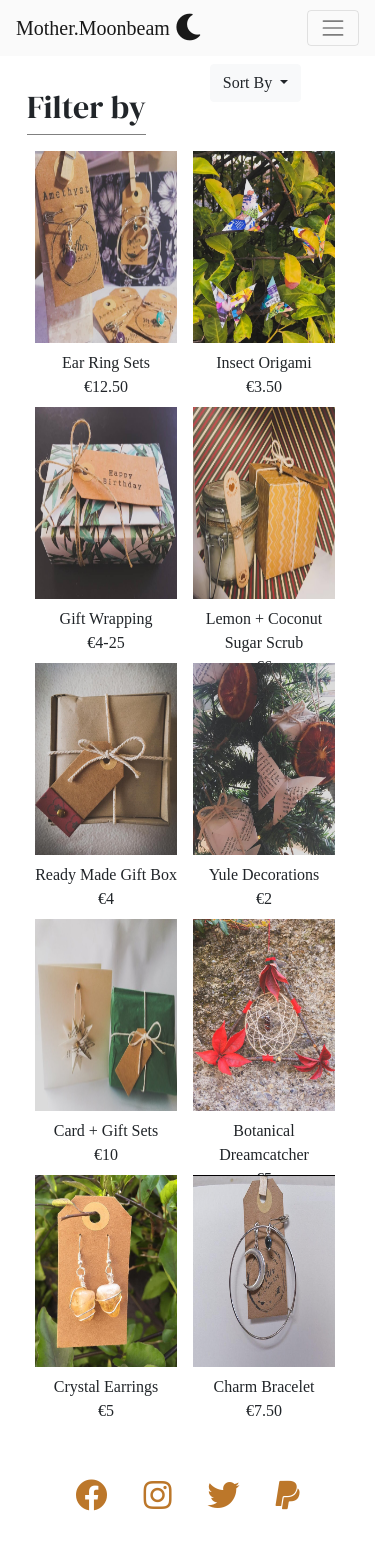
Repository: brianscan14/FE-1st-Milestone-Project
Page: Porfolio.html
The author's editor kept a record of every edit. The page is drawn from the files as they stood at one moment, then again after the next edit.
The browser window is 375 px wide. The pictures show the whole page.
Some web libraries are served in a nearby version.

Above is the page before.

### Porfolio.html
<!DOCTYPE html>
<html lang="en">
<head>
	<meta charset="UTF-8">
	<meta name="viewport" content="width=device-width, initial-scale=1.0">
	<meta http-equiv="X-UA-Compatible" content="ie=edge">
	<link rel="stylesheet" href="https://use.fontawesome.com/releases/v5.8.2/css/all.css" type="text/css" />
	<link rel="stylesheet" href="https://stackpath.bootstrapcdn.com/bootstrap/4.3.1/css/bootstrap.min.css" type="text/css" />
	<link rel="stylesheet" href="https://stackpath.bootstrapcdn.com/bootstrap/4.3.1/css/bootstrap.min.css" type="text/css" />
	<link rel="stylesheet" href="assets/css/style.css" type="text/css" />
	<link href="https://fonts.googleapis.com/css?family=DM+Serif+Display&display=swap" rel="stylesheet">

	<title>Mother.Moonbeam | Arts & Crafts</title>
</head>

<body>


<header>

<span class="moon-logo d-none d-sm-block">
<img src="./assets/images/moonbeamlogo.png" style="width: 10em;height:10em;">
</span>

<ul class="nav nav-pills nav-small-screen mb-3 justify-content-center" id="pills-tab" role="tablist">
  <li class="nav-item">
    <a class="nav-link" id="pills-home-tab" data-toggle="pill" href="#pills-home" role="tab" aria-controls="pills-home" aria-selected="true">Home</a>
  </li>
  <li class="nav-item">
    <a class="nav-link" id="pills-profile-tab" data-toggle="pill" href="#pills-about" role="tab" aria-controls="pills-about" aria-selected="false">About</a>
  </li>
  <li class="nav-item">
    <a class="nav-link" id="pills-contact-tab" data-toggle="pill" href="#pills-portfolio" role="tab" aria-controls="pills-portfolio" aria-selected="false">Portfolio</a>
  </li>
    <li class="nav-item">
    <a class="nav-link" id="pills-contact-tab" data-toggle="pill" href="#pills-contact" role="tab" aria-controls="pills-contact" aria-selected="false">Contact</a>
  </li>
</ul>

<nav class="navbar navbar-light navbar-expand-sm nav-md-screen d-md-none fixed-top">
        <span class="navbar-brand">
                    Mother.Moonbeam <i class="fas fa-moon fa-lg"></i>
        </span>

        <button class="navbar-toggler ml-auto" type="button" data-toggle="collapse" data-target="#navbarNavDropdown" aria-controls="navbarNavDropdown" aria-expanded="false" aria-label="Toggle navigation">
        <span class="navbar-toggler-icon fa-sm"></span></button>

        <div class="collapse navbar-collapse" id="navbarNavDropdown">
            <ul class="navbar-nav mr-auto">
                <li class="nav-item ml-auto mr-auto"><a class="nav-link" href="#">Home</a></li>
                <li class="nav-item ml-auto mr-auto"><a class="nav-link" href="#">About</a></li>
                <li class="nav-item ml-auto mr-auto"><a class="nav-link" href="">Portfolio</a></li>
                <li class="nav-item ml-auto mr-auto"><a class="nav-link" href="">Contact</a></li>
            </ul>
        </div>

</nav>

</header>


<aside>


<div class="aside-section"><h2 class="shopfilterheading">Filter by</h2></div>


<div class="aside-section">
<p>
  <a class="" data-toggle="collapse" href="#collapseExample" role="button" aria-expanded="false" aria-controls="collapseExample">
    Category
  </a>
</p>
<div class="collapse" id="collapseExample">
    <div><a href="#">Origami</a></div>
    <div><a href="#">Winter Collection</a></div>
    <div><a href="#">Summer Collection</a></div>
    <div><a href="#">Gift Wrapping</a></div>
</div>
</div>

<div class="aside-section">
<p>
  <a class="" data-toggle="collapse" href="#collapseExample2" role="button" aria-expanded="false" aria-controls="collapseExample2">
    Price
  </a>
</p>
<div class="collapse" id="collapseExample2">
    <div><a href="#">0-€5</a></div>
    <div><a href="#">5-10€</a></div>
    <div><a href="#">10-20€</a></div>
    <div><a href="#">20€+</a></div>

</div>

</div>

<div class="aside-section">
<p>
  <a class="" data-toggle="collapse" href="#collapseExample3" role="button" aria-expanded="false" aria-controls="collapseExample3">
    Occasion
  </a>
</p>
<div class="collapse" id="collapseExample3">
    <div><a href="#">Birthday</a></div>
    <div><a href="#">Anniversay</a></div>
    <div><a href="#">Xmas gift sets</a></div>
</div>

</div>


</aside>


<article>

<div class="filtertest">

<div class="filterbutton" data-toggle="collapse" href="#collapseExample6" role="button" aria-expanded="false" aria-controls="collapseExample6">
    <div class="aside-section"><h2 class="shopfilterheading">Filter by</h2></div>
</div>

<div class="collapse" id="collapseExample6">

<div class="aside-section">
<p>
  <a class="" data-toggle="collapse" href="#collapseExample" role="button" aria-expanded="false" aria-controls="collapseExample">
    Category
  </a>
</p>
<div class="collapse" id="collapseExample">
    <div><a href="#">Origami</a></div>
    <div><a href="#">Winter Collection</a></div>
    <div><a href="#">Summer Collection</a></div>
    <div><a href="#">Gift Wrapping</a></div>
</div>
</div>

<div class="aside-section">
<p>
  <a class="" data-toggle="collapse" href="#collapseExample2" role="button" aria-expanded="false" aria-controls="collapseExample2">
    Price
  </a>
</p>
<div class="collapse" id="collapseExample2">
    <div><a href="#">0-€5</a></div>
    <div><a href="#">5-10€</a></div>
    <div><a href="#">10-20€</a></div>
    <div><a href="#">20€+</a></div>

</div>

</div>

<div class="aside-section">
<p>
  <a class="" data-toggle="collapse" href="#collapseExample3" role="button" aria-expanded="false" aria-controls="collapseExample3">
    Occasion
  </a>
</p>
<div class="collapse" id="collapseExample3">
    <div><a href="#">Birthday</a></div>
    <div><a href="#">Anniversay</a></div>
    <div><a href="#">Xmas gift sets</a></div>
</div>

</div>

</div>
</div>

<div class="sortby mb-2">

<div class="btn-group">
  <button type="button" class="btn btn-light dropdown-toggle" data-toggle="dropdown" aria-haspopup="true" aria-expanded="false">
    Sort By
  </button>
  <div class="dropdown-menu">
    <button class="dropdown-item" type="button">Price (low to high)</button>
    <button class="dropdown-item" type="button">Price (high to low)</button>
    <button class="dropdown-item" type="button">Name (A-Z)</button>
    <button class="dropdown-item" type="button">Name (Z-A)</button>
  </div>
</div>
</div>

<div class="row shopfront">

    <div class="col-6 col-md-4 shop-item">
        <img class="shop-item1" src="./assets/images/shopitems/item1.jpg"></img>
            <div class="overlay">
            <div class="overlaytext"><a href="#">Quick View</a></div>
            </div>
        <div class="shop-photo-title">Ear Ring Sets
            <a href="#"><p>€12.50</p></a>
        </div>
    </div>
    <div class="col-6 col-md-4 shop-item">
            <img class="shop-item1" src="./assets/images/shopitems/item2.jpg"></img>
            <div class="overlay">
            <div class="overlaytext"><a href="#">Quick View</a></div>
            </div>
        <div class="shop-photo-title">Insect Origami
            <a href="#"><p>€3.50</p></a>
        </div>
    </div>
    <div class="col-6 col-md-4 shop-item">
            <img class="shop-item1" src="./assets/images/shopitems/item3.jpg"></img>
            <div class="overlay">
            <div class="overlaytext"><a href="#">Quick View</a></div>
            </div>
        <div class="shop-photo-title">Gift Wrapping
            <a href="#"><p>€4-25</p></a>
        </div>
    </div>
    <div class="col-6 col-md-4 shop-item">
            <img class="shop-item1" src="./assets/images/shopitems/item4.jpg"></img>
            <div class="overlay">
            <div class="overlaytext"><a href="#">Quick View</a></div>
            </div>
        <div class="shop-photo-title">Lemon + Coconut Sugar Scrub
            <a href="#"><p>€6</p></a>
        </div>
        </div>
    <div class="col-6 col-md-4 shop-item">
            <img class="shop-item1" src="./assets/images/shopitems/item5.jpg"></img>
            <div class="overlay">
            <div class="overlaytext"><a href="#">Quick View</a></div>
            </div>
        <div class="shop-photo-title">Ready Made Gift Box
            <a href="#"><p>€4</p></a>
        </div>
    </div>
    <div class="col-6 col-md-4 shop-item">
            <img class="shop-item1" src="./assets/images/shopitems/item6.jpg"></img>
            <div class="overlay">
            <div class="overlaytext"><a href="#">Quick View</a></div>
            </div>
        <div class="shop-photo-title">Yule Decorations
            <a href="#"><p>€2</p></a>
        </div>
    </div>
    <div class="col-6 col-md-4 shop-item">
            <img class="shop-item1" src="./assets/images/shopitems/item7.jpg"></img>
            <div class="overlay">
            <div class="overlaytext"><a href="#">Quick View</a></div>
            </div>
        <div class="shop-photo-title">Card + Gift Sets
            <a href="#"><p>€10</p></a>
        </div>
    </div>
    <div class="col-6 col-md-4 shop-item">
            <img class="shop-item1" src="./assets/images/shopitems/item8.jpg"></img>
            <div class="overlay">
            <div class="overlaytext"><a href="#">Quick View</a></div>
            </div>
        <div class="shop-photo-title">Botanical Dreamcatcher
            <a href="#"><p>€5</p></a>
        </div>
    </div>
    <div class="col-6 col-md-4 shop-item">
            <img class="shop-item1" src="./assets/images/shopitems/item9.jpg"></img>
            <div class="overlay">
            <div class="overlaytext"><a href="#">Quick View</a></div>
            </div>
        <div class="shop-photo-title">Crystal Earrings
            <a href="#"><p>€5</p></a>
        </div>
    </div>
    <div class="col-6 col-md-4 shop-item">
            <img class="shop-item1" src="./assets/images/shopitems/item10.jpg"></img>
            <div class="overlay">
            <div class="overlaytext"><a href="#">Quick View</a></div>
            </div>
        <div class="shop-photo-title">Charm Bracelet
            <a href="#"><p>€7.50</p></a>
        </div>
    </div>

</div>


</article>

<footer>

    <div class="footer-main-section no-gutters footer-icons">
    <a href="https://www.youtube.com/" title="facebook" target="_blank"><i class="fab fa-facebook fa-2x"></i></a>
    <a href="https://www.youtube.com/" title="instagram" target="_blank"><i class="fab fa-instagram fa-2x"></i></a>
    <a href="https://www.youtube.com/" title="twitter" target="_blank"><i class="fab fa-twitter fa-2x"></i></a>
    <a href="https://www.youtube.com/" title="paypal" target="_blank"><i class="fab fa-paypal fa-2x"></i></a>
    </div>

</footer>

<script src="https://code.jquery.com/jquery-3.3.1.slim.min.js" integrity="sha384-q8i/X+965DzO0rT7abK41JStQIAqVgRVzpbzo5smXKp4YfRvH+8abtTE1Pi6jizo" crossorigin="anonymous"></script>
<script src="https://cdnjs.cloudflare.com/ajax/libs/popper.js/1.14.7/umd/popper.min.js" integrity="sha384-UO2eT0CpHqdSJQ6hJty5KVphtPhzWj9WO1clHTMGa3JDZwrnQq4sF86dIHNDz0W1" crossorigin="anonymous"></script>
<script src="https://stackpath.bootstrapcdn.com/bootstrap/4.3.1/js/bootstrap.min.js" integrity="sha384-JjSmVgyd0p3pXB1rRibZUAYoIIy6OrQ6VrjIEaFf/nJGzIxFDsf4x0xIM+B07jRM" crossorigin="anonymous"></script>


</body>



</html>

### assets/css/style.css
body {
        font-family: 'PT Serif', serif;
}

/*------------------------------------------------------------------------------------------article/home page*/


.homepic {
    width: 100%;
    height: 20em;
    right: 0;
}

@media only screen and (max-width: 576px) {
  .homepic {
    margin-left: auto;
    margin-right: auto;
  }
}

.brownmoonbeampic {
    width: 20em;
    height: 15em;
}

@media only screen and (max-width: 767px) {
  .brownmoonbeampic {
    display: none;
  }
}

.brownpicshopnow {
    width: 10em;
    background-color: #fafafa;
    margin-left: 3em;
    margin-top: 1.5em;
    color: #bc772a;
    border-color: #bc772a;

}

.nojobbackground2 {
    background-color: #ff9344;
    background-image: url("https://i.ytimg.com/vi/XyB8GuwWMIs/maxresdefault.jpg");
    background-repeat: no-repeat;
    background-size: cover;
    height: 15em;
    margin-left: 2.5em;
    margin-right: auto;
}

@media only screen and (max-width: 767px) {
  .nojobbackground2 {
    margin-left: auto;
    margin-right: auto;
    margin-top: 2em;
  }
}

.middlebit {
    background-color: #fff;
    height: 7.5em;
    width: 7.5em;
    margin-top: 3.75em;
    margin-bottom: 3.75em;
}

.ordernowbackground1 {
    background-color: #adf1f0;
    background-image: url("https://encrypted-tbn0.gstatic.com/images?q=tbn:ANd9GcSF4tOdD5G7xMao6fnyYk41UEF843OMnBIeMGyF0L1Ur5OcUEVh");
    background-repeat: no-repeat;
    background-size: cover;
    height: 15em;
    margin-right: 2.5em;
    margin-left: auto;
}

@media only screen and (max-width: 767px) {
  .ordernowbackground1 {
    margin-left: auto;
    margin-right: auto;
  }
}

.custombit {
    text-align: center;
    padding-top: 1em;
    border: double;
    font-family: 'Courgette', cursive;

}

.shopnowbit {
    text-align: center;
    padding-top: 1em;
    border: double;
}

.shopcollectionhome {
    font-family: 'Sacramento', cursive;

    height: 10em;
    margin-right: 2.5em;
    margin-left: auto;
    margin-top: 0.5em;
}

.summerblog {
    background-color: #adf1f0;
    height: 15em;
    margin-left: 2.5em;
    margin-right: auto;
    z-index: 1;
}

.summerblogpic {
    height: 100%;
    width: 100%;
}

.summerblogborder1 {
    height: 15em;
    margin-left: -1.5em;
    margin-right: 1.5em;
    margin-top: -16.5em;
    border-style: solid;
    border-width: medium;
    z-index: 2;
}

.bealtaine {
    padding-left: 5px;
    letter-spacing: 6px;
}

.bealtainebloglink {
    text-decoration: none;
    color: inherit;
}

.bealtainebloglink a:hover {
    text-decoration: none;
    color: red;
}

.summerblogpic {
    height: 100%;
    width: 100%;
}

.springblog {
    background-color: #fafafa;
    height: 25em;
    margin-right: 2.5em;
    margin-left: auto;
    margin-top: -5em;
    border-style: solid;
    border-width: medium;
}
.winterorigamipic {
    height: 100%;
    width: 100%;
}

.origami-title {
    padding-top: 5px;
}

.autumnblog {
    background-color: #fafafa;
    height: 25em;
    margin-left: 2.5em;
    margin-right: auto;
    z-index: 1;
    border-style: solid;
    border-width: medium;
}

.autumnblogborder1 {
    height: 25em;
    margin-left: -1.5em;
    margin-right: 1.5em;
    margin-top: -4.5em;
    z-index: 2;
}

.yulebloglink {
    margin-right: 0.5em;
    margin-left: auto;
    text-align: right;

}

@media only screen and (max-width: 767px) {
.smallhomescreen {
    margin-left: auto;
    margin-right: 2.5em;
    margin-bottom: 3em;
}
}
@media only screen and (max-width: 767px) {
.shopcollectionhome {
    margin-left: auto;
    margin-right: auto;
    margin-top: -1em;
    margin-bottom: 4em;
    text-align: center;
}
}

@media only screen and (max-width: 767px) {
.springblog {
    margin-left: auto;
    margin-right: auto;

}
}

/*---------------------------------------------------------------------------------------------bottom insta photos*/

#instapiccontainer {
	width: 100%;
	overflow: hidden;
	background: #fff;
}

.photobanner {
	height: 15em;
	width: 2100px;
	margin-top: 4em;
}


.instapic {
    width: 350px;
    height: 20em;
}

.instapicsheading {
    padding-left: 10px;
    font-family: 'Barriecito', cursive;

}

.firstbannerpic {
 -webkit-animation: bannermove 30s linear infinite;
    -moz-animation: bannermove 30s linear infinite;
     -ms-animation: bannermove 30s linear infinite;
      -o-animation: bannermove 30s linear infinite;
         animation: bannermove 30s linear infinite;
}

@keyframes "bannermove" {
 0% {
    margin-left: 0px;
 }
 100% {
    margin-left: -2125px;
 }

}

@-moz-keyframes bannermove {
 0% {
   margin-left: 0px;
 }
 100% {
   margin-left: -2125px;
 }

}

@-webkit-keyframes "bannermove" {
 0% {
   margin-left: 0px;
 }
 100% {
   margin-left: -2125px;
 }

}


@-o-keyframes "bannermove" {
 0% {
   margin-left: 0px;
 }
 100% {
   margin-left: -2125px;
 }

}

@media only screen and (max-width: 767px) {
  .photobanner {
    display: none;
  }
}



/*-----------------------------------------------------------------------------------------------------Nav nar*/




.nav-pills .nav-link:hover {
    color: #fff;
    background-color: #bc772a;
    transition-timing-function: ease-in-out;
    transition-duration: 1s;
    opacity: 0.2;
}

.nav-pills .nav-link.active {
    color: #fafafa;
    background-color: #bc772a;
}

.nav-pills .nav-link:visited {
    color: #fff;
    background-color: #bc772a;
}

.nav-pills a {
    transition-timing-function: ease-in-out;
    transition-duration: 1s;
    color: #bc772a;
}

.navbar {
    background-color: #fafafa;
}

.moon-logo {
    text-align: center;
    padding-right: .5em;
}

@media only screen and (max-width: 576px) {
  .nav-small-screen {
    display: none;
  }
}

@media only screen and (min-width: 579px) {
  .nav-md-screen {
    display: none;
  }
}


/*------------------------------------------------------------------------------------------------------about page*/

.aboutpic {
    width: 100%;
    height: 28em;
}

@media only screen and (max-width: 576px) {
.about-writing {
    margin-top: 0.5em;
}
}

@media only screen and (min-width: 579px) {
.about-writing {
    margin-top: 2.5em;
}
}

.about-section {
    background-color: #d6efed;
}

.about-shop-link {
    color: #fd33ff;
    text-decoration: none;
}

.about-work-link {
    font-family: 'Aguafina Script', cursive;
    font-size: 25px;
    text-decoration: none;
    color: inherit;
}

.btn-sub {
    background-color: #fafafa;
    color: #fd33ff;
    border-color: #fd33ff;
}

@media only screen and (max-width: 576px) {
  .about-paragraph {
    width: 90%;
  }
}

@media only screen and (min-width: 579px) {
  .about-paragraph {
    width: 95%;
  }
}

/*---------------------------------------------------------------------------------------------------------contact page*/


.form-group {
    text-align: center;
    margin: auto;
    margin-top: 2em;
}

.contact-heading {
    text-align: center;
    margin-bottom: 1em;
    width: 30%;
    margin-left: auto;
    margin-right: auto;
    font-family: 'DM Serif Display', serif;
    color: pink;
}

.headingborder {
    border-bottom:  1px solid gray;
    width: 15%;
    margin-left: auto;
    margin-right: auto;
}

.form-submit-button {
    margin-top: 40px;
}

#inputtext {
    height: 10em;
    resize: none;
    padding-top: 0.5em;
}

.contactsendbutton {
    color: pink;
    border-color: pink;
}


/*-----------------------------------------------------------------------------------------shop*/


aside {
    width: 20%;
    background-color: #fff;
    display: inline-block;
    float: left;

}

@media only screen and (max-width: 576px) {
 aside {
    display: none;
  }
}

article {
    width: 80%;
    float: right;

        display: inline-block;
}

.aside-section {
    border-bottom: 1px solid gray;
    margin-top: 1.5em;
    margin-left: 2em;
    margin-right: 1em;
}

.shopfilterheading {
    font-family: 'DM Serif Display', serif;

}

@media only screen and (max-width: 576px) {
  .shopfront {
margin-left: -4em;
  }
}

.shopfront {
    padding: 1em;
    margin-right: 1em;
}

.shop-item {
    width: 10em;
    height: 15em;
    margin-bottom: 1em;
    padding-right: 2em;
    padding-left: 2em;
}

@media only screen and (max-width: 576px) {
  .shop-item {
    padding-right: 0.5em;
    padding-left: 0.5em;
  }
}

.shop-item1 {
    width: 100%;
    height: 80%
}

.shop-photo-title {
    text-align: center;
    width: 100%;
    padding-top: 0.5em;

}

.sortby {
    margin-right: 6em;
    text-align: right;
    margin-left: auto;
    margin-bottom: 2em;
}

@media only screen and (max-width: 576px) {
  .sortby {
    margin-top: 4em;
    margin-bottom: 1em;
        margin-right: 0em;
        display: inline-block;
        margin-left: -4em;
        position: absolute;
  }
}

/*------------------------------------------------------------------------------smale screen hoverstuff*/



.filtertest {
    margin-left: -5em;
    margin-top: 4em;
    margin-right: 7em;
    display: inline-block;

}
@media only screen and (min-width: 576px) {
  .filtertest {
        display:none;
              }
}

/*------------------------------------------------------------------------------hoverstuff*/


.overlay {
  position: absolute;
  bottom: 100%;
  left: 0;
  right: 0;
  background-color: #fafafa;
  overflow: hidden;
  width: 60%;
  height:0;
  transition: .5s ease;
  margin-left: auto;
  margin-right: auto;
}

.shop-item:hover .overlay {
  bottom: 3em;
  height: 20%;
  color: pink;
  text-decoration: none;
}

.overlaytext {
  color: pink;
  font-size: 20px;
  position: absolute;
  top: 50%;
  left: 50%;
  -webkit-transform: translate(-50%, -50%);
  -ms-transform: translate(-50%, -50%);
  transform: translate(-50%, -50%);
  text-align: center;
}

/*----links coloring------------------------------------------------------------------------*/

a {
     color: inherit;
     text-decoration: none;
}

a:hover {
     color: #bc772a;
     text-decoration: none;
}




/*----------------------------------------------------------------------------------footer*/


.footer-main-section {
    width: 100%;
    background-color: #fff;
    text-align: center;
    padding: 2em;
    vertical-align: middle;
    margin-top: 0.5em;
    margin-left: auto;
    margin-right: auto;
    display: block;
    bottom: 0;
      left: 0;
        clear: both;
}


.footer-icons a {
    padding-left: 1em;
    padding-right: 1em;
    color: #bc772a;
}

.footer-icons a:hover {
    color: #a0a6ad;
    transition-timing-function: ease-in-out;
    transition-duration: 0.5s;

}

After the next edit:
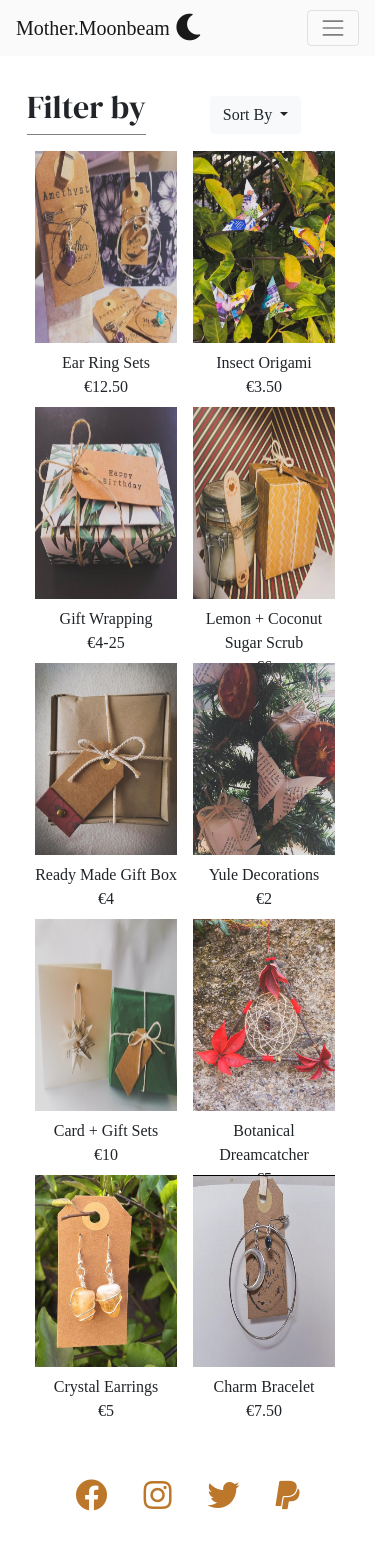
The edit:
--- a/assets/css/style.css
+++ b/assets/css/style.css
@@ -528,7 +528,7 @@
 
 @media only screen and (max-width: 576px) {
   .sortby {
-    margin-top: 4em;
+    margin-top: 6em;
     margin-bottom: 1em;
         margin-right: 0em;
         display: inline-block;
